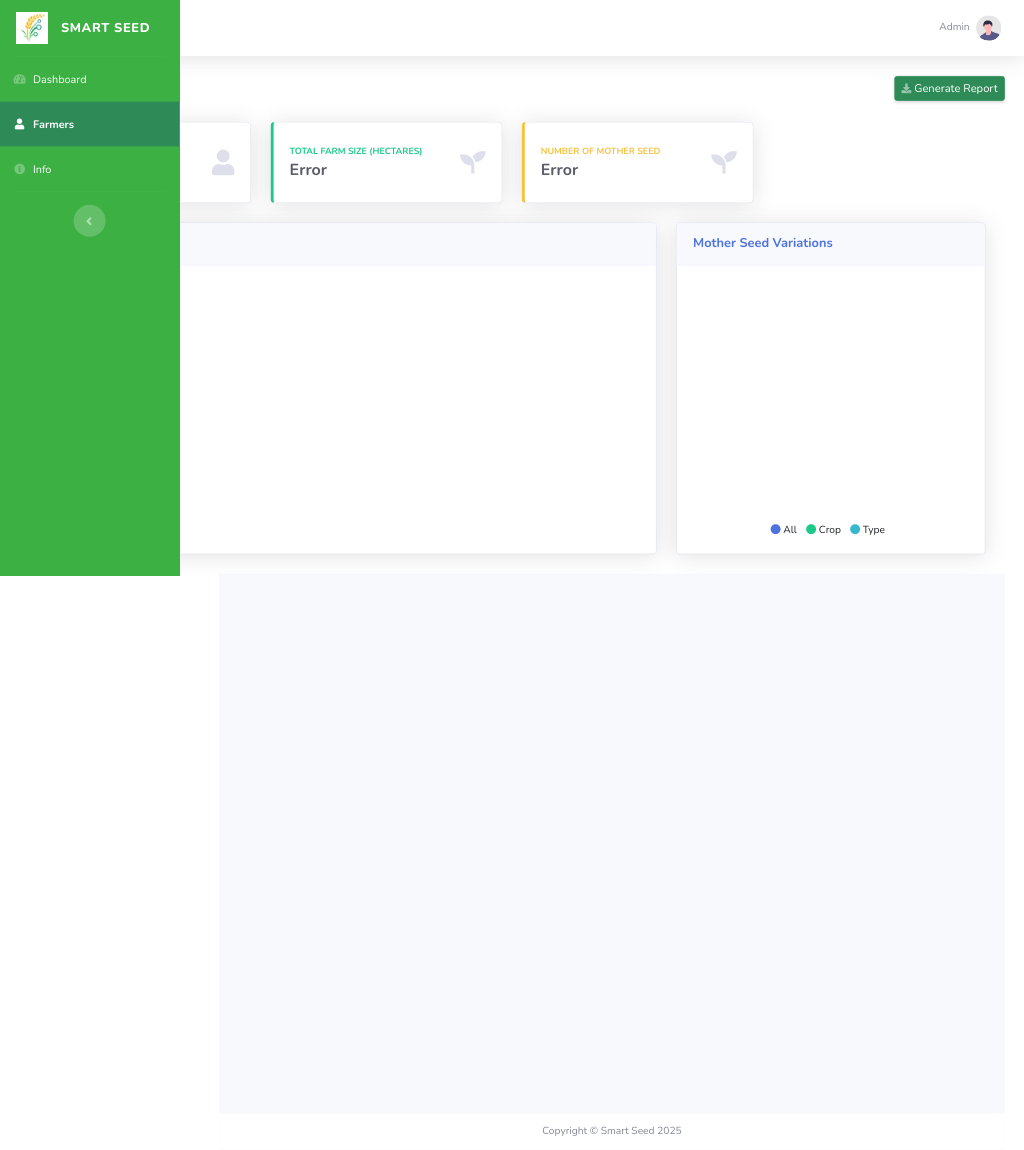
Repository: IFoundGeorge/Smart-Seed-v8-master
Page: src/index.html
The author's editor kept a copy of each file at every save. The page is drawn from the files as they stood at one save, then again after the next save.
The browser window is 1280 px wide. The pictures show the whole page, at 80% of full size.
The page's requests for data from a server got no answer. Some web libraries are served in a nearby version.

Above is the page before, as saved 2025-03-25 22:21:13.

After the next save:
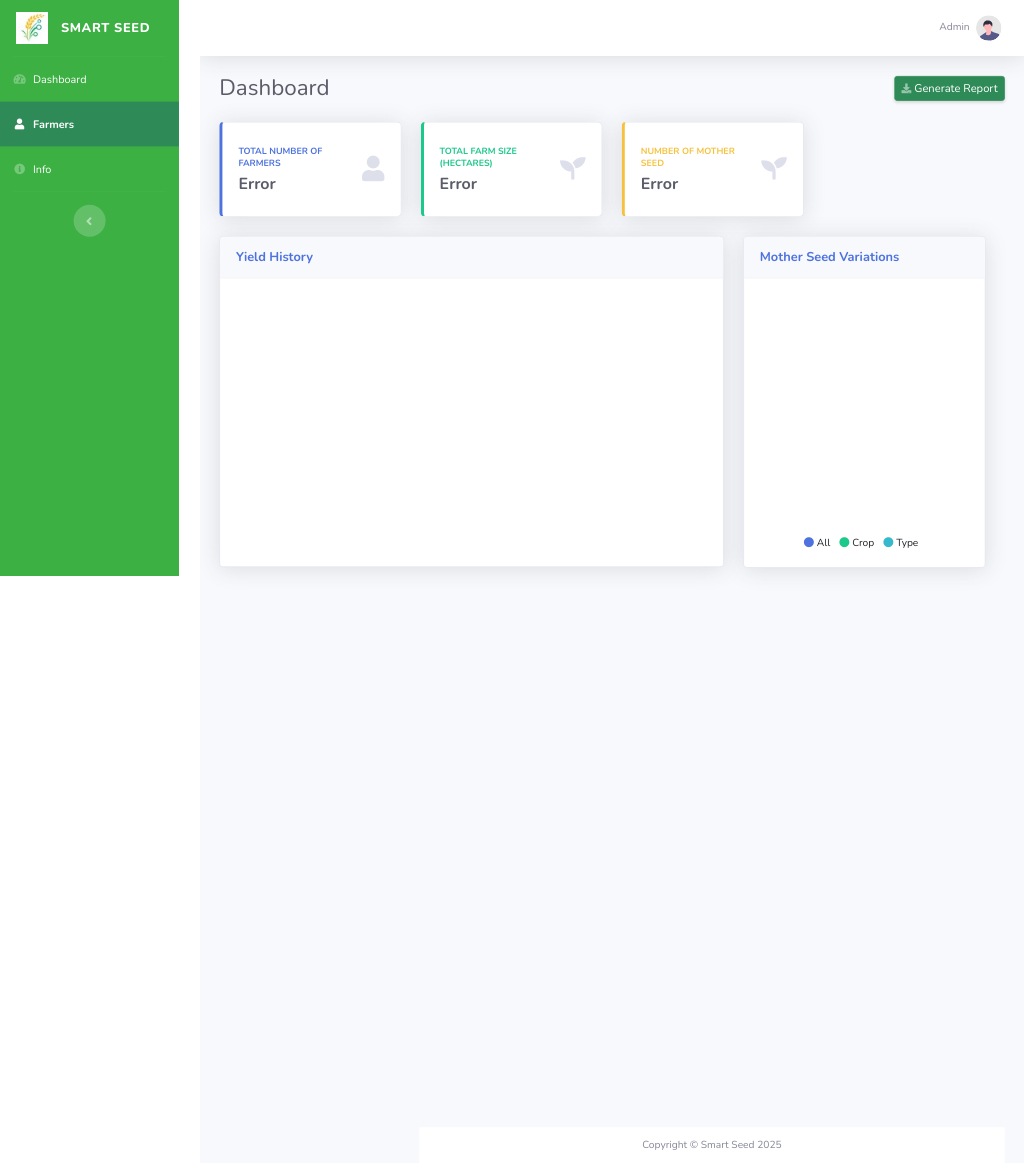
Saved 24 s later.
--- a/src/index.html
+++ b/src/index.html
@@ -198,6 +198,7 @@
         <!-- End of Sidebar -->
 
         <!-- Content Wrapper -->
+        <div id="content-wrapper" class="d-flex flex-column">
 
             <!-- Main Content -->
             <div id="content">
